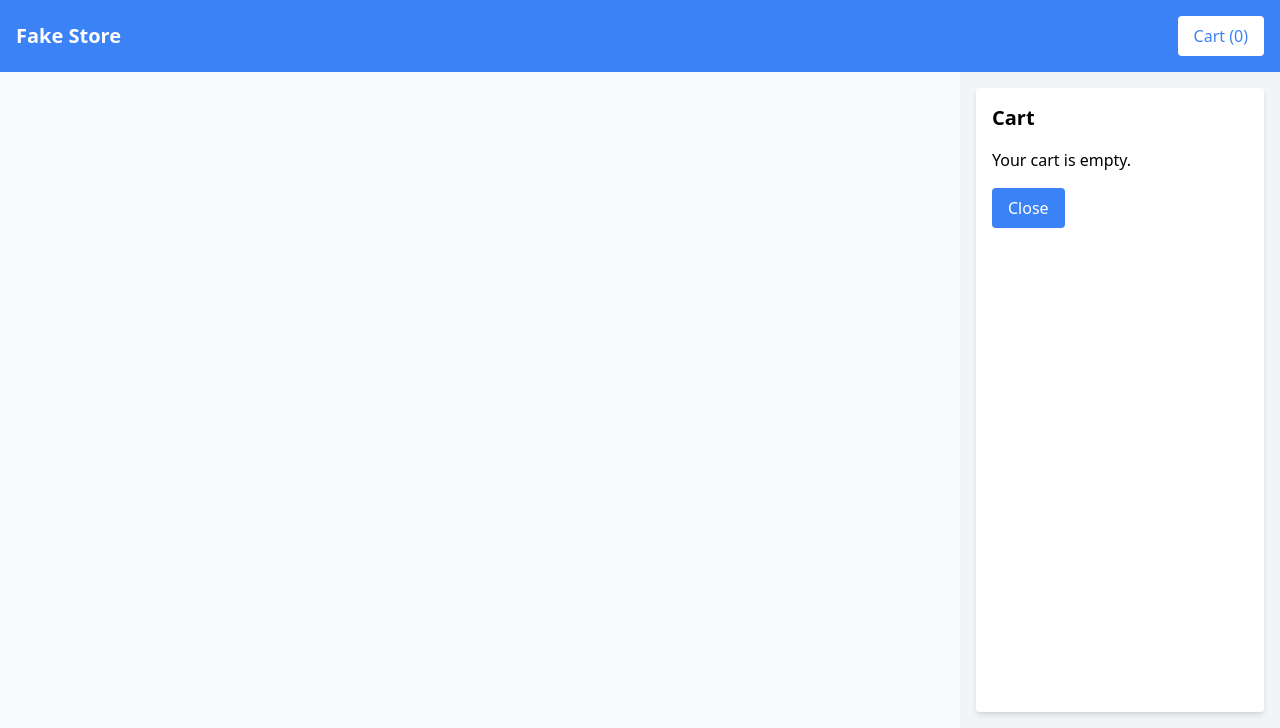
Repository: Meenakshi-commits/cart_app
Page: /, after clicking the first element matching `button.bg-white`
These files come from the project's save history. The page is drawn as it stood at one moment and after the next save; the edit follows.
The browser window is 1280 px wide. The pictures show the whole page.
The page's requests for data from a server got no answer. The project was rebuilt for these pictures with package versions that can differ from the ones it lists, and the page was loaded fresh each time. No one was signed in, and anything a server would have sent is missing. Also part of the build but not shown: vite.config.js, src/components/ProductCard.jsx.

Above is the page before, as saved 2025-01-07 20:38:29.

### index.html
<!doctype html>
<html lang="en">
  <head>
    <meta charset="UTF-8" />
    <link rel="icon" type="image/svg+xml" href="/vite.svg" />
    <meta name="viewport" content="width=device-width, initial-scale=1.0" />
    <title>Cart App</title>
  </head>
  <body>
    <div id="root"></div>
    <script type="module" src="/src/main.jsx"></script>
  </body>
</html>

### src/App.jsx
import React, { useState, useEffect } from 'react';
import Navbar from './components/Navbar';
import ProductList from './components/ProductList';
import CartModal from './components/CartModal';

const App = () => {
  const [products, setProducts] = useState([]);
  const [cart, setCart] = useState([]);
  const [isCartModalOpen, setIsCartModalOpen] = useState(false);

  useEffect(() => {
    fetch('https://fakestoreapi.com/products')
      .then((response) => response.json())
      .then((data) => setProducts(data));
  }, []);

  const addToCart = (product) => {
    if (cart.find((item) => item.id === product.id)) {
      alert('Item already added to the cart');
    } else {
      setCart([...cart, product]);
    }
  };

  const removeFromCart = (id) => {
    setCart(cart.filter((item) => item.id !== id));
  };

  const toggleCartModal = () => {
    setIsCartModalOpen(!isCartModalOpen);
  };

  return (
    <div className="App">
      <Navbar cartCount={cart.length} toggleCartModal={toggleCartModal} />
      <div className="flex">
        {/* Left Section - Product List */}
        <div className="w-3/4 p-4 bg-gray-50 overflow-y-auto h-[calc(100vh-4rem)]">
  <ProductList products={products} addToCart={addToCart} />
</div>

        {/* Right Section - Cart Modal */}
        <div className="w-1/4 p-4 bg-gray-100">
          {isCartModalOpen ? (
            <CartModal
              cart={cart}
              removeFromCart={removeFromCart}
              toggleCartModal={toggleCartModal}
            />
          ) : (
            <div className="flex justify-center items-center h-full">
              <p className="text-gray-500">Cart is closed. Click "Cart" to toggle.</p>
            </div>
          )}
        </div>
      </div>
    </div>
  );
};

export default App;

### src/components/Navbar.jsx
import React from "react";

const Navbar = ({cartCount,toggleCartModal}) => {
  return (
    <nav className="bg-blue-500 text-white p-4 flex justify-between items-center">
        <h1 className="text-xl font-bold">Fake Store</h1>
        <button onClick={toggleCartModal} className="bg-white text-blue-500 px-4 py-2 rounded"> Cart ({cartCount})
        </button>
          </nav>
  )
  };

  export default Navbar;

### src/components/ProductList.jsx
import React from 'react';
import ProductCard from './ProductCard';

const ProductList = ({ products, addToCart }) => {
  return (
    <div className="grid grid-cols-2 gap-6">
      {products.map((product) => (
        <ProductCard key={product.id} product={product} addToCart={addToCart} />
      ))}
    </div>
  );
};

export default ProductList;

### src/components/CartModal.jsx
import React from 'react';

const CartModal = ({ cart, removeFromCart, toggleCartModal }) => {
  return (
    <div className="bg-white p-4 rounded shadow-md h-full">
      <h2 className="text-xl font-bold mb-4">Cart</h2>
      {cart.length === 0 ? (
        <p>Your cart is empty.</p>
      ) : (
        <ul>
          {cart.map((item) => (
            <li key={item.id} className="flex justify-between items-center mb-4">
              <div>
                <h3 className="font-bold">{item.title}</h3>
                <p>${item.price}</p>
              </div>
              <button
                onClick={() => removeFromCart(item.id)}
                className="bg-red-500 text-white px-4 py-2 rounded hover:bg-red-600"
              >
                Remove
              </button>
            </li>
          ))}
        </ul>
      )}
      <button
        onClick={toggleCartModal}
        className="mt-4 bg-blue-500 text-white px-4 py-2 rounded hover:bg-blue-600"
      >
        Close
      </button>
    </div>
  );
};

export default CartModal;

Loaded but not shown: src/main.jsx (common file); src/index.css (common file); tailwind.config.js (common file)

After the next save:
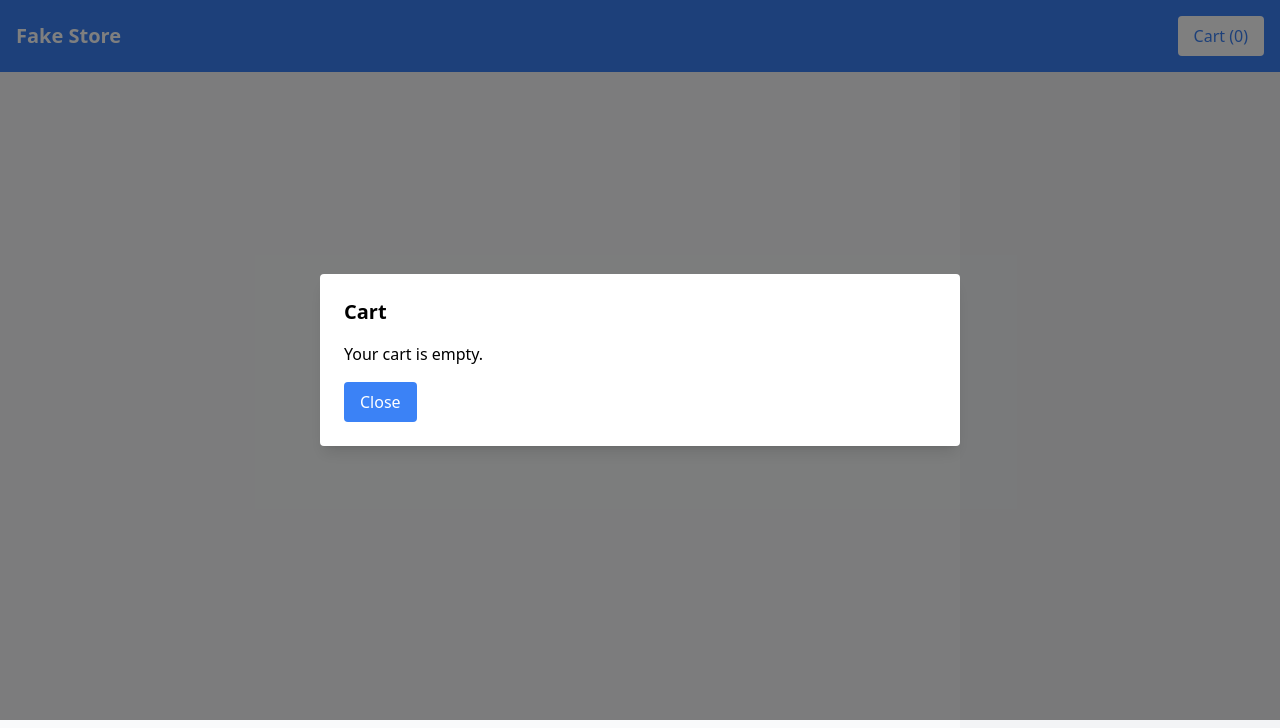
Saved 18 s later.
--- a/src/components/CartModal.jsx
+++ b/src/components/CartModal.jsx
@@ -2,34 +2,36 @@ import React from 'react';
 
 const CartModal = ({ cart, removeFromCart, toggleCartModal }) => {
   return (
-    <div className="bg-white p-4 rounded shadow-md h-full">
-      <h2 className="text-xl font-bold mb-4">Cart</h2>
-      {cart.length === 0 ? (
-        <p>Your cart is empty.</p>
-      ) : (
-        <ul>
-          {cart.map((item) => (
-            <li key={item.id} className="flex justify-between items-center mb-4">
-              <div>
-                <h3 className="font-bold">{item.title}</h3>
-                <p>${item.price}</p>
-              </div>
-              <button
-                onClick={() => removeFromCart(item.id)}
-                className="bg-red-500 text-white px-4 py-2 rounded hover:bg-red-600"
-              >
-                Remove
-              </button>
-            </li>
-          ))}
-        </ul>
-      )}
-      <button
-        onClick={toggleCartModal}
-        className="mt-4 bg-blue-500 text-white px-4 py-2 rounded hover:bg-blue-600"
-      >
-        Close
-      </button>
+    <div className="fixed inset-0 bg-black bg-opacity-50 flex justify-center items-center">
+      <div className="bg-white p-6 rounded shadow-lg w-11/12 md:w-1/2">
+        <h2 className="text-xl font-bold mb-4">Cart</h2>
+        {cart.length === 0 ? (
+          <p>Your cart is empty.</p>
+        ) : (
+          <ul>
+            {cart.map((item) => (
+              <li key={item.id} className="flex justify-between items-center mb-4">
+                <div>
+                  <h3 className="font-bold">{item.title}</h3>
+                  <p>${item.price}</p>
+                </div>
+                <button
+                  onClick={() => removeFromCart(item.id)}
+                  className="bg-red-500 text-white px-4 py-2 rounded hover:bg-red-600"
+                >
+                  Remove
+                </button>
+              </li>
+            ))}
+          </ul>
+        )}
+        <button
+          onClick={toggleCartModal}
+          className="mt-4 bg-blue-500 text-white px-4 py-2 rounded hover:bg-blue-600"
+        >
+          Close
+        </button>
+      </div>
     </div>
   );
 };
